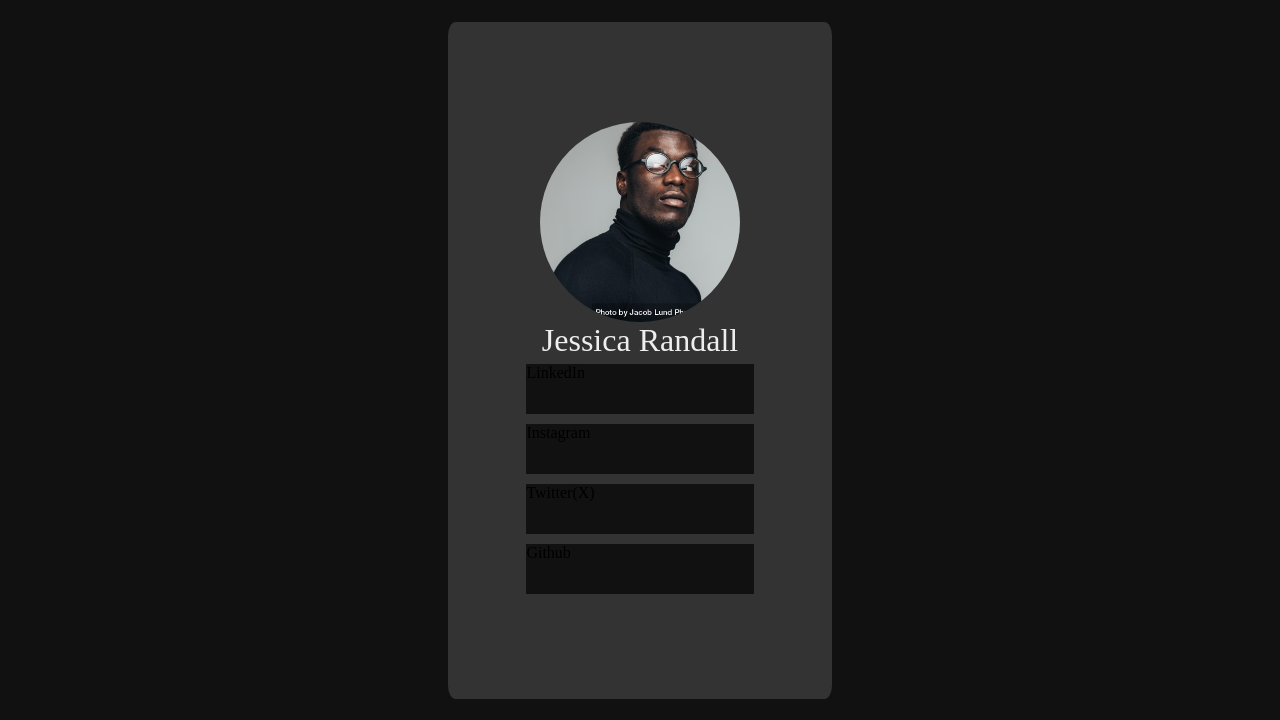
Repository: russel-success/Xcode-TASK-1
Page: index.html
An editor plug-in stored every save of this project. The page is shown before and after the next save, followed by the edit.
The browser window is 1280 px wide. The pictures show the whole page.

Above is the page before, as saved 2024-04-29 01:12:14.

After the next save:
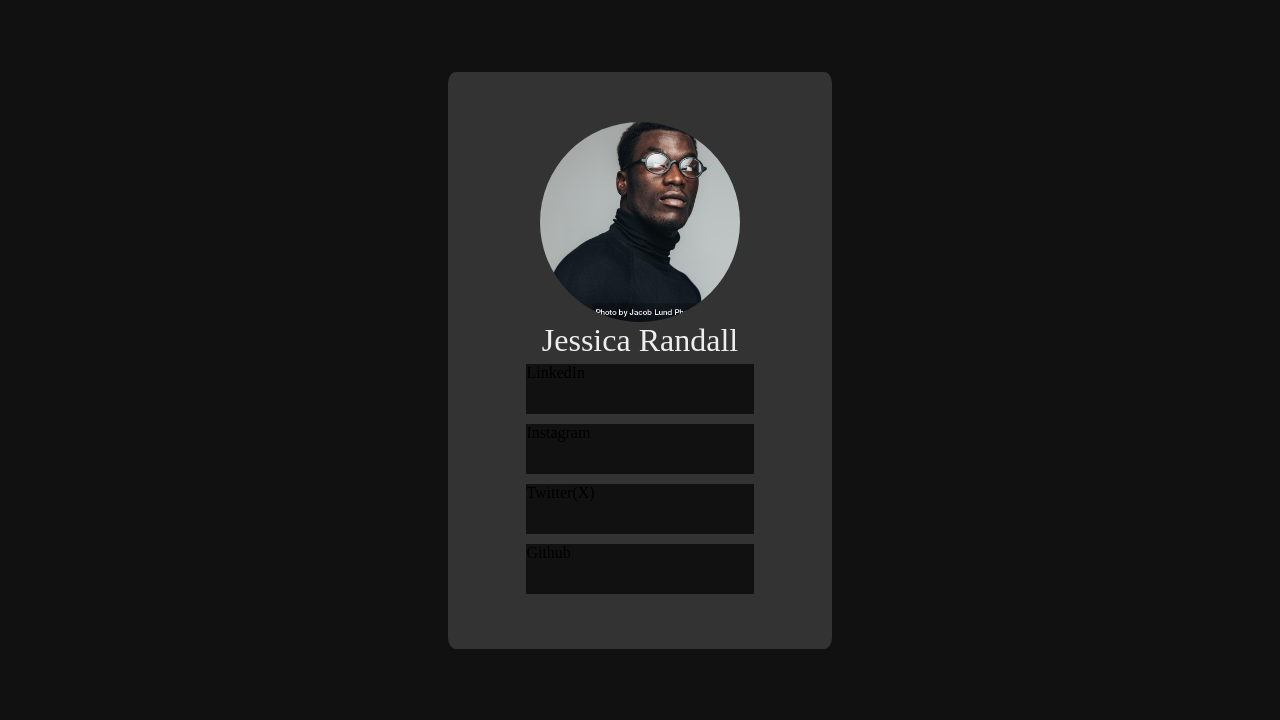
Saved 12 s later.
--- a/styles/styles.css
+++ b/styles/styles.css
@@ -19,7 +19,7 @@
     flex-direction: column;
     align-items:center;
     justify-content: center;
-    padding: 100px 50px;
+    padding: 50px 50px;
     border-radius:2%;
 }
 .profile-image{
